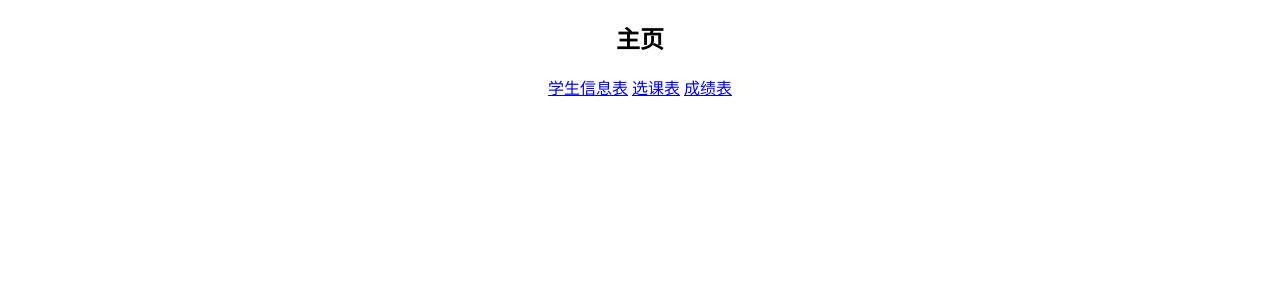
Repository: YuHaoXiang/Yhx
Page: http://localhost/StudentMsg/
The author's editor kept a copy of each file at every save. The page is drawn from the files as they stood at one save, then again after the next save.
The browser window is 1280 px wide. The pictures show the whole page.
The page is served by Tomcat 9.

Above is the page before, as saved 2016-03-07 03:36:40.

After the next save:
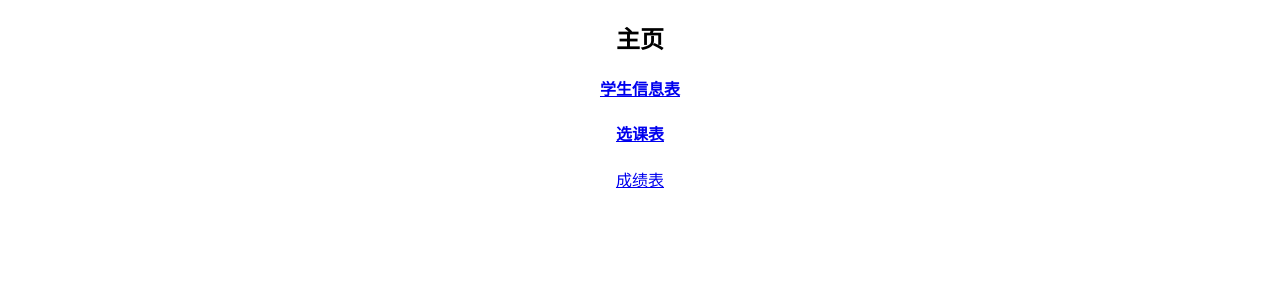
Saved 56 s later.
--- a/StudentMsg/WebContent/index.jsp
+++ b/StudentMsg/WebContent/index.jsp
@@ -9,9 +9,9 @@
 <body>
 <center>
 <h2>主页</h2>
-<a href="/StudentMsg/main.jsp">学生信息表</a>
-<a href="/StudentMsg/course.jsp">选课表</a>
-<a href="/StudentMsg/sc.jsp">成绩表</a>
+<h4><a href="/StudentMsg/main.jsp">学生信息表</a></h4>
+<h4><a href="/StudentMsg/course.jsp">选课表</a></h4>
+<h4></h4><a href="/StudentMsg/sc.jsp">成绩表</a></h4>
 </center>
 </body>
 </html>
